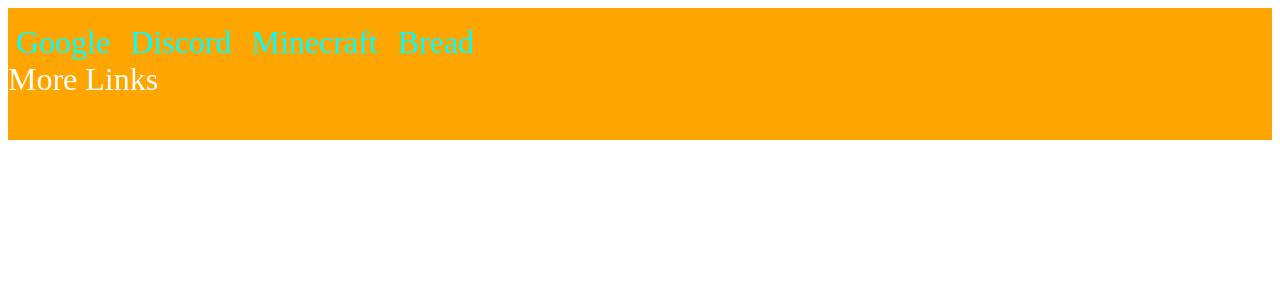
Repository: Starfishmas/Starfishmas.github.io
Page: index.html
The author's editor kept a record of every edit. The page is drawn from the files as they stood at one moment, then again after the next edit.
The browser window is 1280 px wide. The pictures show the whole page.

Above is the page before.

### index.html
<DOCTYPE! html>
<html>
<head>
    <title>Menu</title>
    <style>
        .navbar {background-color:orange; width:100%; height:100px; padding-top:16px; padding-bottom:16px;}
        .navbar a {color:cyan; font-size:32px; text-decoration:none; padding-left:8px; padding-right:8px}
        .navbar a:hover {background-color:pink;}
        .MoreLinks {Color:white; font-size:32px;}
        .morelinks:hover {background-color:pink;}
        .dropdown-content {display:block;}
        .dropdown-content {position:absolute;}


</style>
</head>
<body>
    <div class="navbar">
        <a href="https://www.google.com">Google</a>
        <a href="https://www.discordapp.com">Discord</a>
         <a href="https://www.minecraft.net" class="right">Minecraft</a>
        <a href="https://en.wikipedia.org/wiki/Bread" class="right">Bread</a>
        <div class="dropdown">
        <div class="morelinks">More Links</div>
        <div class="dropdown-content">

    </div>
    </div>


    </div>

</body>
</html>

After the next edit:
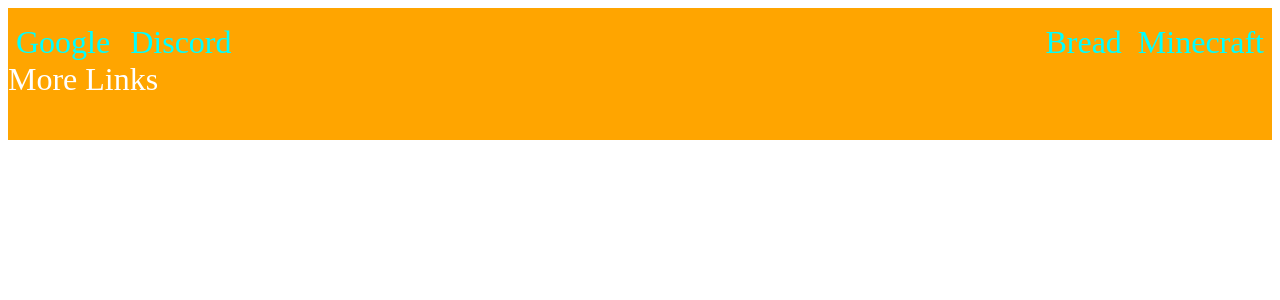
The edit:
--- a/index.html
+++ b/index.html
@@ -10,6 +10,7 @@
         .morelinks:hover {background-color:pink;}
         .dropdown-content {display:block;}
         .dropdown-content {position:absolute;}
+        .right {float:right;}
 
 
 </style>
